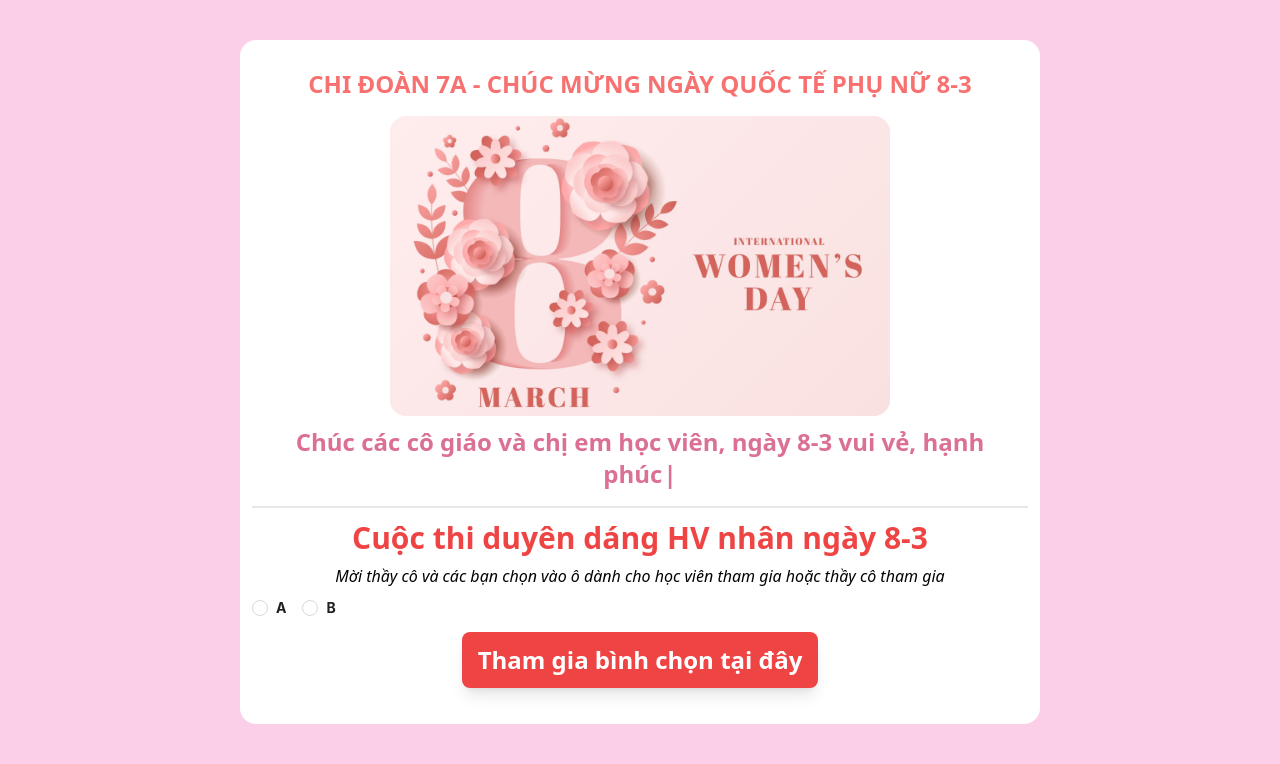
Repository: hoang0508/web-837A
Page: /
The author's editor kept a copy of each file at every save. The page is drawn from the files as they stood at one save, then again after the next save.
The browser window is 1280 px wide. The pictures show the whole page.
Some web fonts or font styles are not loaded; a fallback is used. The project was rebuilt for these pictures with package versions that can differ from the ones it lists, and the page was loaded fresh each time. Also part of the build but not shown: vite.config.js.

Above is the page before, as saved 2025-02-28 19:41:31.

### index.html
<!DOCTYPE html>
<html lang="en">
  <head>
    <meta charset="UTF-8" />
    <link rel="icon" type="image/svg+xml" href="/vite.svg" />
    <meta name="viewport" content="width=device-width, initial-scale=1.0" />
    <link rel="preconnect" href="https://fonts.googleapis.com" />
    <link rel="preconnect" href="https://fonts.gstatic.com" crossorigin />
    <link
      href="https://fonts.googleapis.com/css2?family=Bai+Jamjuree:ital,wght@0,200;0,300;0,400;0,500;0,600;0,700;1,200;1,300;1,400;1,500;1,600;1,700&family=Montserrat:ital,wght@0,100..900;1,100..900&display=swap"
      rel="stylesheet"
    />
    <title>Vite + React</title>
  </head>
  <body>
    <div id="root"></div>
    <script type="module" src="/src/main.jsx"></script>
  </body>
</html>

### src/index.css
@import url("https://fonts.googleapis.com/css2?family=Bai+Jamjuree:ital,wght@0,200;0,300;0,400;0,500;0,600;0,700;1,200;1,300;1,400;1,500;1,600;1,700&family=Montserrat:ital,wght@0,100..900;1,100..900&display=swap");
@tailwind base;
@tailwind components;
@tailwind utilities;
*,
*:before,
*:after {
  box-sizing: border-box;
}

img,
picture,
svg,
video {
  display: block;
  max-width: 100%;
}
input,
select,
textarea {
  background-color: transparent;
  outline: none;
}
button {
  cursor: pointer;
  background-color: transparent;
  outline: none;
  border: 0;
}
body {
  min-height: 100vh;
  font-weight: 400;
  font-size: 16px;
  line-height: 1;
}

.Typewriter {
  margin: 10px;
  color: palevioletred;
  text-align: center;
  height: 70px;
}

### src/App.jsx
import { useState } from "react";
import reactLogo from "./assets/react.svg";
import anh83 from "./assets/anh832.png";
import Typewriter from "typewriter-effect";
import { Radio } from "antd";

import "./index.css";

function App() {
  const [count, setCount] = useState(0);
  console.log("🚀 ~ App ~ count:", count);

  return (
    <>
      <div className="text-2xl font-bold  bg-pink-200 min-h-screen p-10">
        <div className="bg-white shadow-3xl p-3 w-[800px]  my-0 mx-auto rounded-2xl">
          <h1 className="text-center text-red-400 p-4 uppercase">
            Chi đoàn 7A - CHÚC MỪNG NGÀY QUỐC TẾ PHỤ NỮ 8-3
          </h1>
          <div className="mx-auto w-[500px] h-[300px]">
            <img
              src={anh83}
              alt="##"
              className="w-full h-full object-cover rounded-2xl"
            />
          </div>
          <div className="border-b-2 border-gray-200">
            <Typewriter
              options={{
                strings: [
                  `${"Chúc các cô giáo và chị em học viên, ngày 8-3 vui vẻ, hạnh phúc, luôn mạnh khỏe và thành công! 🌸💐❤️❤️❤️💰"}`,
                ],
                delay: 75,
                autoStart: true,
                loop: true,
              }}
            />
          </div>
          <div className="my-3">
            <h3 className="text-center font-bold text-red-500 mb-2 text-3xl">
              Cuộc thi duyên dáng HV nhân ngày 8-3
            </h3>
            <p className="text-center italic text-base font-light">
              Mời thầy cô và các bạn chọn vào ô dành cho học viên tham gia hoặc
              thầy cô tham gia
            </p>
            <Radio.Group
              value={count}
              options={[
                { value: 1, label: "A" },
                { value: 2, label: "B" },
              ]}
            />
            <div className="py-3 flex justify-center items-center">
              <button className="flex justify-center items-center py-3 px-4 bg-red-500 rounded-lg shadow-lg text-white">
                Tham gia bình chọn tại đây
              </button>
            </div>
          </div>
        </div>
      </div>
    </>
  );
}

export default App;

### tailwind.config.js
/** @type {import('tailwindcss').Config} */
export default {
  content: ["./index.html", "./src/**/*.{js,ts,jsx,tsx}"],
  theme: {
    extend: {
      keyframes: {
        typing: {
          "0%": {
            width: "0%",
            visibility: "hidden",
          },
          "100%": {
            width: "100%",
          },
        },
        blink: {
          "50%": {
            borderColor: "transparent",
          },
          "100%": {
            borderColor: "white",
          },
        },
      },
      animation: {
        typing: "typing 5s steps(40) infinite alternate, blink .10s infinite",
      },
    },
  },
  plugins: [],
};

Loaded but not shown: src/main.jsx (common file)

After the next save:
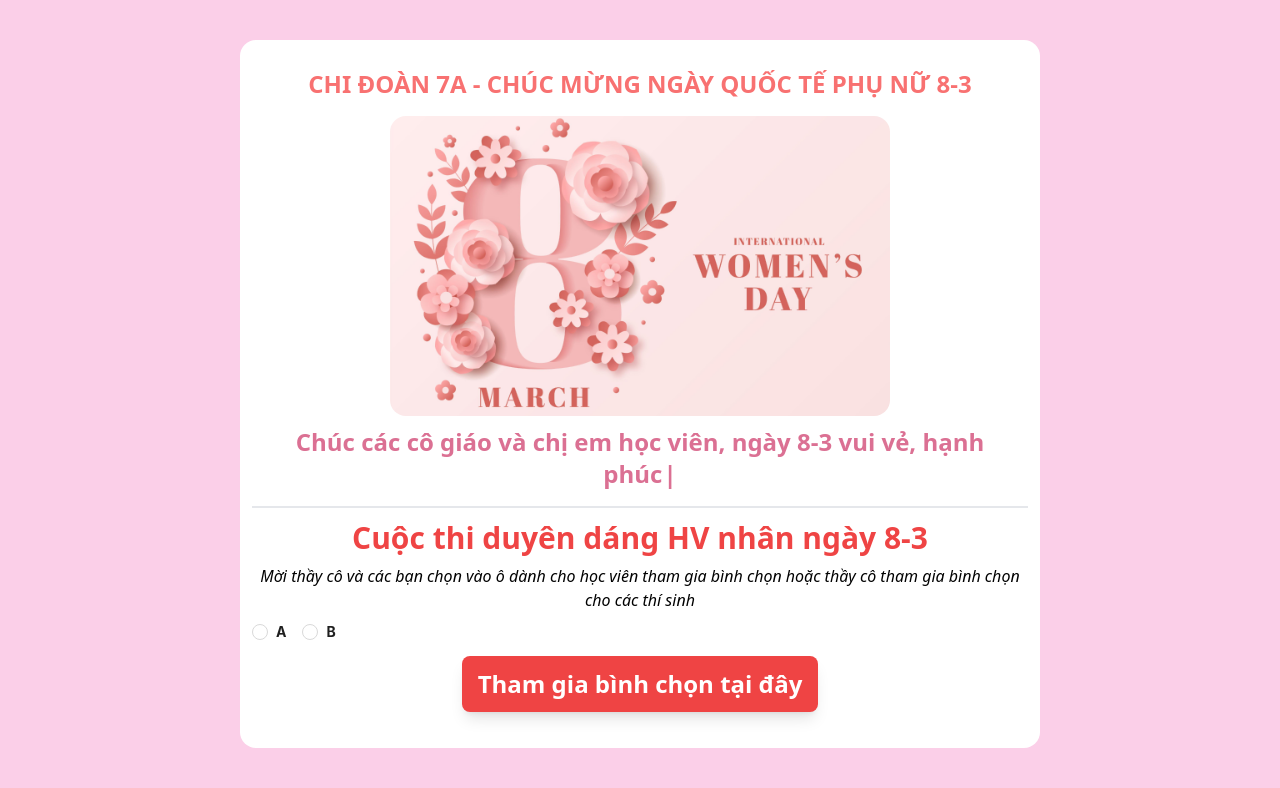
Saved 49 s later.
--- a/src/App.jsx
+++ b/src/App.jsx
@@ -41,8 +41,8 @@ function App() {
               Cuộc thi duyên dáng HV nhân ngày 8-3
             </h3>
             <p className="text-center italic text-base font-light">
-              Mời thầy cô và các bạn chọn vào ô dành cho học viên tham gia hoặc
-              thầy cô tham gia
+              Mời thầy cô và các bạn chọn vào ô dành cho học viên tham gia bình
+              chọn hoặc thầy cô tham gia bình chọn cho các thí sinh
             </p>
             <Radio.Group
               value={count}
